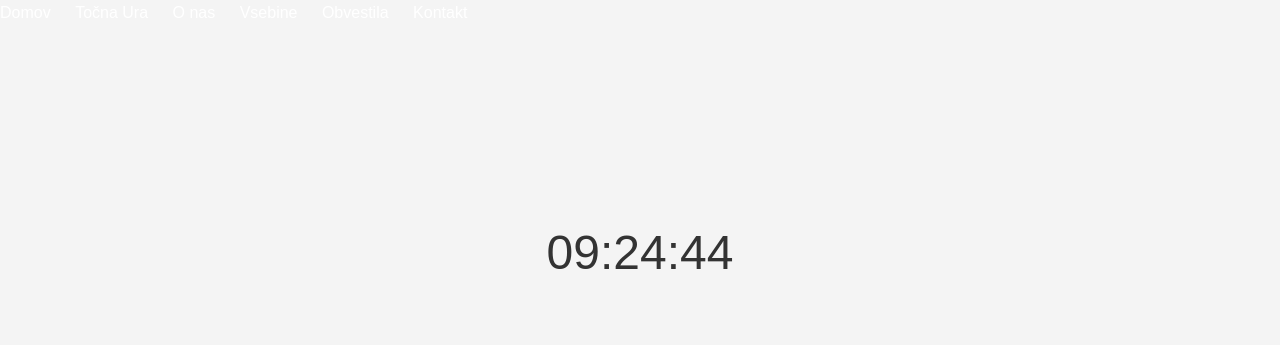
Repository: razrednicasopis/razrednicasopis.github.io
Page: Resources/ura.html
These files come from the project's save history. The page is drawn as it stood at one moment and after the next save; the edit follows.
The browser window is 1280 px wide. The pictures show the whole page.

Above is the page before, as saved 2024-03-08 08:38:01.
Console error: ReferenceError: maintenanceMode is not defined

### Resources/ura.html
<!DOCTYPE html>
<html lang="en">
<head>
  <meta charset="UTF-8">
  <title>Digitalna ura</title>
  <link rel="stylesheet" href="styless.css">
  <link rel="stylesheet" href="system.css">
</head>
<body>

  <div class="blur-container">
  <nav>
    <ul>
      <li><a href="index.html">Domov</a></li>
      <li><a href="#">Točna Ura</a></li>
      <li><a href="o-nas.html">O nas</a></li>
      <li><a href="vsebine.html">Vsebine </a></li>
      <li><a href="obvestila.html">Obvestila</a></li>
      <li><a href="#" class="showPopupLink">Kontakt</a></li>
    </ul>
  </nav>
</header>



    <div class="clock" id="clock"></div>
  </div>


  </div>

  <!--Pop-upi in ostali HTML-->
  <div id="popupContainer">
    <div id="popupContent">
        <h1><b>NEDOSEGLJIVE VSEBINE</b></h1>
        <p>Te vsebine bodo na voljo v naslednjih verzijah strani.
        <p>Obiščite <a href="obvestila.html">obvestila</a> za več novic.<p><br>
        <button id="closePopupBtn">V redu</button>
    </div>
  </div>

  <div id="maintenancePopup">
    <div id="maintenancePopupContent">
      <h1>POVEZAVA IZGUBLJENA</h1>
      <p>Povezava z strežnikom izgubljena zaradi vzdrževanja strani. Prosimo osvežite stran.</p>
      <button id="closeMaintenancePopupBtn">Osveži</button>
    </div>
</div>



  <script src="alerts.js"></script>
  <script src="maintenancemode.js"></script>
  <script src="system.js"></script>
</body>
</html>

### Resources/styless.css
* {
  margin: 0;
  padding: 0;
  box-sizing: border-box;
}

/* Globalni slogi */
body {
  font-family: Arial, sans-serif;
  line-height: 1.6;
  background-color: #f4f4f4;
  color: #333;
  margin: 0;
  padding: 0;
  max-height: 100vh;
}


.container {
    text-align: center;
    margin-top: 50px;
}

.border-box {
    display: inline-block;
    padding: 200px;
    width: 550px;
    height: 500px;
    border: 5px solid #333; /* Set your desired border color */
    border-radius: 30px; /* Set the border radius for slightly curved corners */
    background-color: #333; /* Set your desired background color inside the border */
}

header {
  background: #333;
  color: #fff;
  padding: 20px;
}

header h1 {
  margin-bottom: 10px;
  font-size: 36px;
}

nav ul {
  list-style: none;
}

nav ul li {
  display: inline;
  margin-right: 20px;
}

nav ul li a {
  color: #fff;
  text-decoration: none;
}

main {
  padding: 20px;
}

section {
  margin-bottom: 30px;
}

section h2 {
  margin-bottom: 15px;
}

article {
  background: #fff;
  padding: 20px;
  border-radius: 5px;
  box-shadow: 0 0 5px rgba(0, 0, 0, 0.1);
}

article h3 {
  margin-bottom: 10px;
}

article p {
  color: #666;
}

article a {
  display: inline-block;
  margin-top: 10px;
  text-decoration: none;
  color: #333;
  border-bottom: 1px solid #333;
  padding-bottom: 2px;
}

article a:hover {
  color: #000;
  border-color: #000;
}



footer {
  text-align: center;
  padding: 30px;
  background-color: #333;
  color: #fff;
  position: absolute;
  bottom: auto;
  width: 100%;
  text-align: center;
}

### Resources/system.css
/* Koda za "Coming Soon" pop-up */

#popupContainer {
    display: none;
    position: fixed;
    top: 50%;
    left: 50%;
    transform: translate(-50%, -50%);
    background-color: #ffffff;
    box-shadow: 0 4px 8px rgba(0, 0, 0, 0.1);
    padding: 20px;
    border-radius: 10px;
    text-align: center;
    z-index: top;
  }

  #popupContent {
    max-width: 400px;
    margin: 0 auto;
  }

  #closePopupBtn {
    background-color: #3498db;
    color: #ffffff;
    padding: 10px 15px;
    border: none;
    border-radius: 5px;
    cursor: pointer;
  }

  #closePopupBtn:hover {
      background-color: #4da8e1;
  }

  #showPopupLink {
    display: inline-block;
    padding: 10px 15px;
    color: #ffffff;
    text-decoration: none;
    border-radius: 5px;
    cursor: pointer;
  }

body.popup-open {
   overflow: hidden;
}

.popup-open .blur-container {
  filter: blur(5px); /* Apply blur effect only when popup is open */
  pointer-events: none;
}

#maintenancePopup {
  display: none;
  position: fixed;
  top: 50%;
  left: 50%;
  transform: translate(-50%, -50%);
  background-color: #ffffff;
  box-shadow: 0 4px 8px rgba(0, 0, 0, 0.1);
  padding: 20px;
  border-radius: 10px;
  text-align: center;
  z-index: 999;
}

#maintenancePopupContent {
  max-width: 400px;
  margin: 0 auto;
}

#closeMaintenancePopupBtn {
  background-color: #3498db;
  color: #ffffff;
  padding: 10px 15px;
  border: none;
  border-radius: 5px;
  cursor: pointer;
  margin-top: 20px;
}

#closeMaintenancePopupBtn:hover {
  background-color: #4da8e1;
}

/* Koda za "Kontakt" obrazec */

#contactform {
    align-self: center;
    }

    .formcontainer {
      text-align: center;
      margin-top: 50px;
      display: flex;
      justify-content: center;
      align-items: flex-start; /* Align items at the top */
  }

  .border-box {
      display: inline-block;
      padding: 20px;
      width: 550px;
      height: 500px;
      border: 5px solid #333; /* Set your desired border color */
      border-radius: 30px; /* Set the border radius for slightly curved corners */
      background-color: #333; /* Set your desired background color inside the border */
  }

  form input,
form textarea {
    width: calc(100% - 40px); /* Adjusted width with a bit of padding on each side */
    padding: 10px; /* Increased padding for better readability */
    margin-bottom: 5px; /* Increased spacing between input areas */
    margin-top: 25px; /* Move input areas slightly lower */
    height: 40px; /* Increased height to make input areas bigger */
}

form select{
width: calc(100% - 40px); /* Adjusted width with a bit of padding on each side */
padding: 10px; /* Increased padding for better readability */
margin-bottom: 5px;
margin-top: 20px; /* Move input areas slightly lower */
height: 40px; /* Height of input areas */
border: 1px solid #ccc; /* Border style */
border-radius: 5px; /* Border radius */
font-size: 16px; /* Font size */
}

form textarea {
  height: 120px;
}

/* Form Submit Button Styles */

/* Your existing CSS code */
/* Koda za "Coming Soon" pop-up */

#popupContainer {
  display: none;
  position: fixed;
  top: 50%;
  left: 50%;
  transform: translate(-50%, -50%);
  background-color: #ffffff;
  box-shadow: 0 4px 8px rgba(0, 0, 0, 0.1);
  padding: 20px;
  border-radius: 10px;
  text-align: center;
  z-index: top;
}


#popupContent {
  max-width: 400px;
  margin: 0 auto;
}

#closePopupBtn {
  background-color: #3498db;
  color: #ffffff;
  padding: 10px 15px;
  border: none;
  border-radius: 5px;
  cursor: pointer;
}

#closePopupBtn:hover {
    background-color: #4da8e1;
}

#showPopupLink {
  display: inline-block;
  padding: 10px 15px;
  color: #ffffff;
  text-decoration: none;
  border-radius: 5px;
  cursor: pointer;
}

body.popup-open {
 overflow: hidden;
}

body.blur {
filter: blur(5px);
pointer-events: none;
z-index: 1;
}

/* Koda za "Kontakt" obrazec */

#contactform {
  align-self: center;
}

.formcontainer {
  text-align: center;
  margin-top: 50px;
  display: flex;
  justify-content: center;
  align-items: flex-start; /* Align items at the top */
}

.border-box {
  display: inline-block;
  padding: 20px;
  width: 550px;
  height: 500px;
  border: 5px solid #333; /* Set your desired border color */
  border-radius: 30px; /* Set the border radius for slightly curved corners */
  background-color: #333; /* Set your desired background color inside the border */
}

form input,
form textarea {
  width: calc(100% - 40px); /* Adjusted width with a bit of padding on each side */
  padding: 10px; /* Increased padding for better readability */
  margin-bottom: 5px; /* Increased spacing between input areas */
  margin-top: 25px; /* Move input areas slightly lower */
  height: 40px; /* Increased height to make input areas bigger */
}

form select{
width: calc(100% - 40px); /* Adjusted width with a bit of padding on each side */
padding: 10px; /* Increased padding for better readability */
margin-bottom: 5px;
margin-top: 20px; /* Move input areas slightly lower */
height: 40px; /* Height of input areas */
border: 1px solid #ccc; /* Border style */
border-radius: 5px; /* Border radius */
font-size: 16px; /* Font size */
}

form textarea {
height: 120px;
}

/* Combined CSS for Blob Button */

*, *:before, *:after {
  box-sizing: border-box;
  margin: 0;
  padding: 0;
}

.buttons {
  margin-top: 2 0px;
  text-align: center;
  border-radius: 30px;
}

.blob-btn {
  z-index: 1;
  position: relative;
  padding: 20px 150px;
  margin-bottom: 40px;
  margin-top: 10px;
  text-align: center;
  text-transform: uppercase;
  color: #0505A9;
  font-size: 16px;
  font-weight: bold;
  background-color: transparent;
  outline: none;
  border: none;
  transition: color 0.5s;
  cursor: pointer;
  border-radius: 30px;
}
.blob-btn:before {
  content: "";
  z-index: 1;
  position: absolute;
  left: 0;
  top: 0;
  width: 100%;
  height: 100%;
  border: 2px solid #0505A9;
  border-radius: 30px;
}
.blob-btn:after {
  content: "";
  z-index: -2;
  position: absolute;
  left: 3px;
  top: 3px;
  width: 100%;
  height: 100%;
  transition: all 0.3s 0.2s;
  border-radius: 30px;
}
.blob-btn:hover {
  color: #FFFFFF;
  border-radius: 30px;
}
.blob-btn:hover:after {
  transition: all 0.3s;
  left: 0;
  top: 0;
  border-radius: 30px;
}
.blob-btn__inner {
  z-index: -1;
  overflow: hidden;
  position: absolute;
  left: 0;
  top: 0;
  width: 100%;
  height: 100%;
  border-radius: 30px;
  background: #ffffff;
}
.blob-btn__blobs {
  position: relative;
  display: block;
  height: 100%;
  filter: url("#goo");
}
.blob-btn__blob {
  position: absolute;
  top: 2px;
  width: 30%;
  height: 100%;
  background: #0505A9;
  border-radius: 100%;
  transform: translate3d(0, 150%, 0) scale(1.7);
  transition: transform 0.45s;
}
@supports (filter: url("#goo")) {
  .blob-btn__blob {
    transform: translate3d(0, 150%, 0) scale(1.4);
  }
}
.blob-btn__blob:nth-child(1) {
  left: 0%;
  transition-delay: 0s;
}
.blob-btn__blob:nth-child(2) {
  left: 30%;
  transition-delay: 0.08s;
}
.blob-btn__blob:nth-child(3) {
  left: 60%;
  transition-delay: 0.16s;
}
.blob-btn__blob:nth-child(4) {
  left: 90%;
  transition-delay: 0.24s;
}
.blob-btn:hover .blob-btn__blob {
  transform: translateZ(0) scale(1.7);
}

/* Define the keyframes for the pulse effect */
@keyframes pulse {
  0% {
    box-shadow: 0 0 0 0 rgba(255, 255, 255, 0.7); /* Initial box shadow color, adjust to match button color */
  }
  50% {
    box-shadow: 0 0 0 20px rgba(255, 255, 255, 0); /* Intermediate box shadow color */
  }
  100% {
    box-shadow: 0 0 0 0 rgba(255, 255, 255, 0); /* Final box shadow color */
  }
}

/* Apply the animation to the button when it's clicked or focused */
.blob-btn:active, .blob-btn:focus {
  animation: pulse 0.3s ease-in-out; /* Adjust the duration to control the pulse speed */
}

@supports (filter: url("#goo")) {
  .blob-btn:hover .blob-btn__blob {
    transform: translateZ(0) scale(1.5);
  }
}

/* CSS za uro */

.clock {
  margin-top: 5cm;
  text-align: center;
  font-size: 3em;
}

/*CSS za vse stranske nav skupine razen za glavno */

.seznamvsebin {
  display: inline-block;
  vertical-align: bottom;
  width: calc(20% - 4px); /* Adjust width to accommodate border */
  box-sizing: border-box;
  margin: 40px;
  border: 3px solid #000; /* Border thickness */
  height: 750px; /* Set desired height */
  /* Additional styling for seznamvsebin if needed */
  background-color: #f2f2f2;

}

.seznamvsebin nav {
    justify-content: center;
    padding: 30px;

}

.seznamvsebin nav a {
      display: inline-block;
      padding: 5px 10px;
      color: #000000;
      text-align: center;
      text-decoration: none;
      margin-bottom: 5px;
      border: 2px, transparent;
      border-radius: 5px;
      transition: linear, border 0.1s linear;
      font-weight: bold;
}


.seznamvsebin nav a:hover {
    background-color: #e0e0e0;
    border: 2px solid #000000
}

.NoviceContent {
  float: right; /* Align to the right */
  width: calc(80% - 250px); /* Adjusted width */
  box-sizing: border-box;
  margin-top: 100px;
}

.NoviceContent p {
  margin-bottom: 20px;
}

/* Pravila Obrazca CSS */

.pravilaobrazca {
  height: 630px;
}

.pravilaobrazca_opozorilo {
  margin-top: 275px; /* Keeps this div at the bottom */
  color: #666; /* Change text color if desired */
}

/* Random CSS */

/* CSS for the admin credits list */

.creditscontainer {
  display: flex;
  flex-wrap: wrap;
}

.creditslist {
  flex: 1;
  margin: 10px;
  padding: 0;
  list-style-type: none;
}

.creditslist li {
  margin-bottom: 5px;
}

### Resources/alerts.js
 document.addEventListener('DOMContentLoaded', function () {
        document.querySelectorAll('.showPopupLink').forEach(function (link) {
            link.addEventListener('click', function (event) {
                event.preventDefault();
                document.getElementById('popupContainer').style.display = 'block';
                document.body.classList.add('popup-open');
            });
        });

        document.getElementById('closePopupBtn').addEventListener('click', function () {
            document.getElementById('popupContainer').style.display = 'none';
            document.body.classList.remove('popup-open');
        });
    });

    //Maintenance mode pop-up

    document.addEventListener('DOMContentLoaded', function ()  {
        function toggleMaintenancePopup(show) {
            var maintenancePopup = document.getElementById('maintenancePopup');
            if (maintenancePopup) {
                maintenancePopup.style.display = show ? 'block' : 'none';
                document.body.classList.toggle('popup-open', show);
                console.log(Error);
            }
        }


    function checkMaintenanceStatus() {
        setInterval(function () {


            toggleMaintenancePopup(maintenanceMode);

        }, 1000);
    }

    document.getElementById('closeMaintenancePopupBtn').addEventListener('click', function ()  {
        location.reload();
    });

    checkMaintenanceStatus();
});

### Resources/system.js
//This is a JS code for the switching of the newspaper page content



//Code for the clock

function updateClock() {
    const now = new Date();
    const hours = String(now.getHours()).padStart(2, '0');
    const minutes = String(now.getMinutes()).padStart(2, '0');
    const seconds = String(now.getSeconds()).padStart(2, '0');

    const time = `${hours}:${minutes}:${seconds}`;
    document.getElementById('clock').innerText = time;
  }

  // Update every second
  setInterval(updateClock, 1000);

  // Initial call to set the initial time
  updateClock();

Loaded but not shown: Resources/maintenancemode.js (no stored copy; drawn as an empty file)

After the next save:
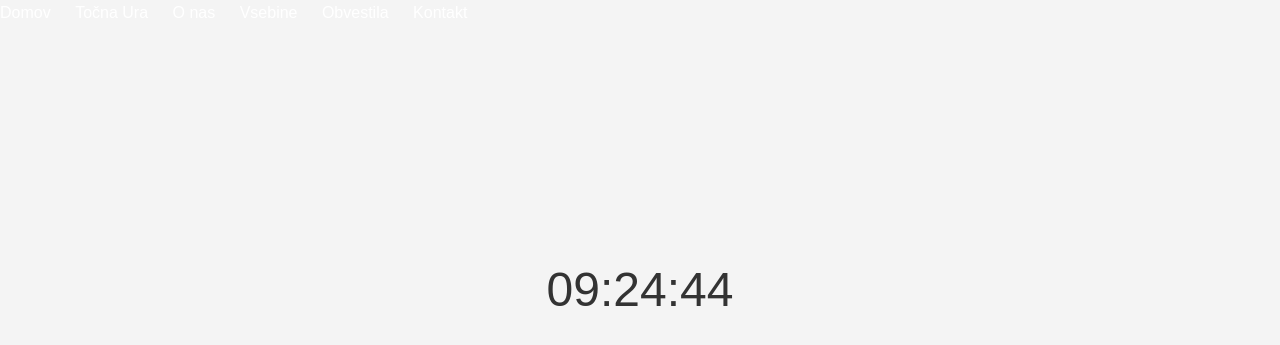
Saved 6 s later.
--- a/Resources/system.css
+++ b/Resources/system.css
@@ -379,7 +379,7 @@ height: 120px;
 /* CSS za uro */
 
 .clock {
-  margin-top: 5cm;
+  margin-top: 6cm;
   text-align: center;
   font-size: 3em;
 }
